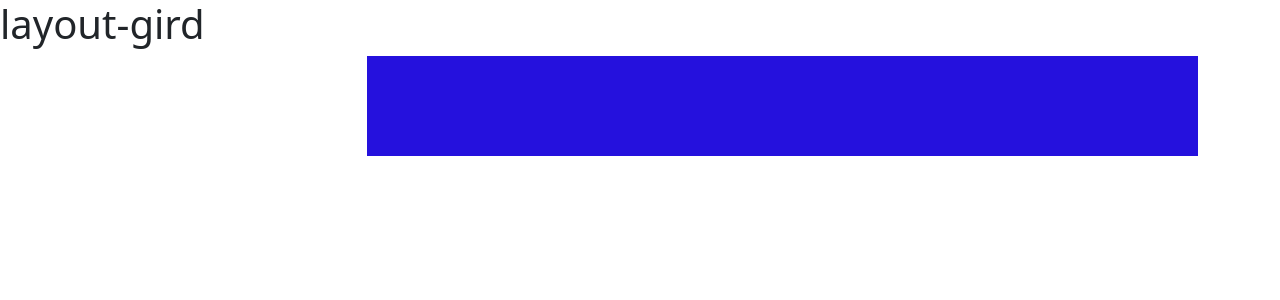
Repository: cvTuananh/Wed-famework
Page: lab05/demo5.html
The author's editor kept a copy of each file at every save. The page is drawn from the files as they stood at one save, then again after the next save.
The browser window is 1280 px wide. The pictures show the whole page.

Above is the page before, as saved 2021-09-30 20:13:01.

### lab05/demo5.html
<!DOCTYPE html>
<html lang="en">

<head>
    <meta charset="UTF-8">
    <meta http-equiv="X-UA-Compatible" content="IE=edge">
    <meta name="viewport" content="width=device-width, initial-scale=1.0">
    <title>Demo bootstrap</title>
    <link rel="stylesheet" href="./css/style.css">
    <link href="https://cdn.jsdelivr.net/npm/bootstrap@5.1.1/dist/css/bootstrap.min.css" rel="stylesheet" integrity="sha384-F3w7mX95PdgyTmZZMECAngseQB83DfGTowi0iMjiWaeVhAn4FJkqJByhZMI3AhiU" crossorigin="anonymous">
    <style type="text/css">
        .item-1 {
            background-color: var(--color-pure);
            height: 30px;
        }

        .item-2 {
            background-color: var(--color-gray);
            height: 30px;
        }

        .item-2 {
            background-color: var(--color-blue);
            height: 100px;
        }
    </style>
</head>

<body>
    <h1>layout-gird</h1>
    <div class="container">
        <div class="row">
            <div class="col-3">
                <div class="item-1"></div>
            </div>
            <div class="col-9">
                <div class="item-2"></div>
            </div>
            <div class="row">
                <div class="item-3"></div>
            </div>
        </div>
    </div>

    <script src="https://cdn.jsdelivr.net/npm/bootstrap@5.1.1/dist/js/bootstrap.bundle.min.js" integrity="sha384-/bQdsTh/da6pkI1MST/rWKFNjaCP5gBSY4sEBT38Q/9RBh9AH40zEOg7Hlq2THRZ" crossorigin="anonymous"></script>
</body>

</html>

### lab05/css/style.css
:root {
    --color-yellow: #ffc285;
    --color-red: #dd1721;
    --color-prue: #663bb7;
    --color-green: #0ab318;
    --color-blue: #2511dd;
    --color-white: #fff;
    --color-gray: rgb(155, 153, 153);
}

After the next save:
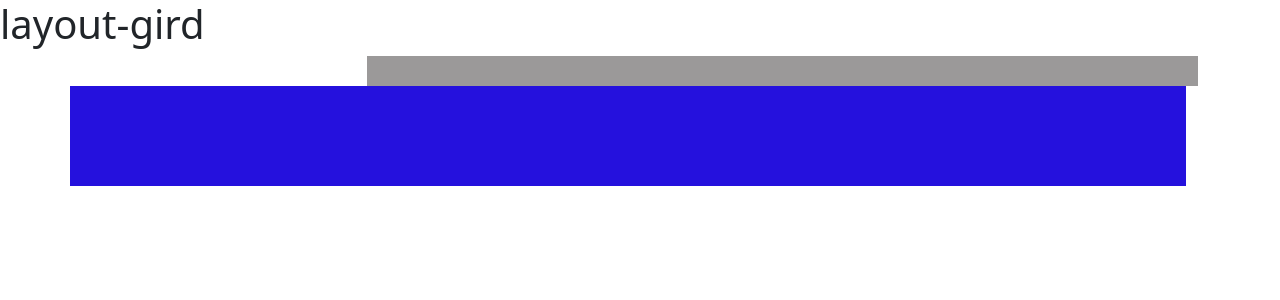
Saved 29 s later.
--- a/lab05/demo5.html
+++ b/lab05/demo5.html
@@ -19,7 +19,7 @@
             height: 30px;
         }
 
-        .item-2 {
+        .item-3 {
             background-color: var(--color-blue);
             height: 100px;
         }
